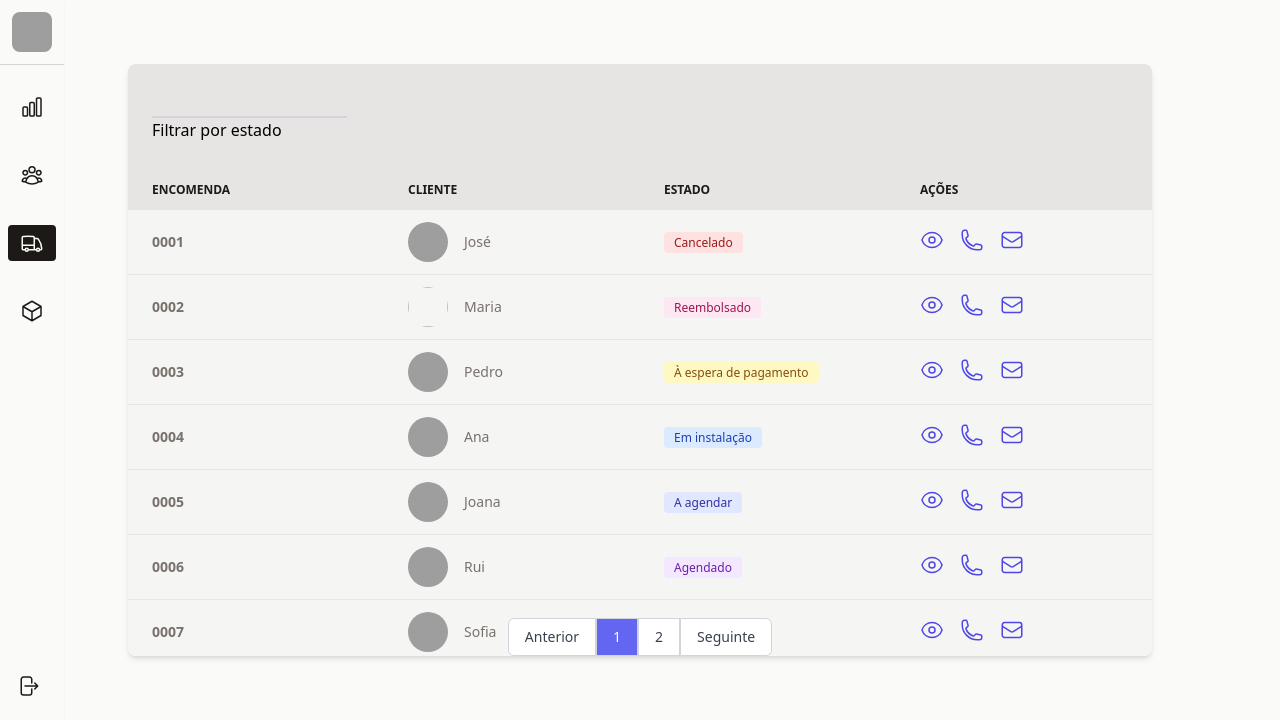
Repository: XavierOtavio/Cuzinhas
Page: /dashboard/orders
An editor plug-in stored every save of this project. The page is shown before and after the next save, followed by the edit.
The browser window is 1280 px wide. The pictures show the whole page.
Pictures or frames that could not be fetched are drawn as grey boxes. An inner scrolling area shows only its first screen. The project was rebuilt for these pictures with package versions that can differ from the ones it lists, and the page was loaded fresh each time. Also part of the build but not shown: src/components/Logotipo.js, src/components/Header.js, src/components/Dashboard.js, src/components/Login.js, src/components/Register.js, src/components/Home.js, src/components/LayoutFront.js.

Above is the page before, as saved 2023-03-08 16:35:04.

After the next save:
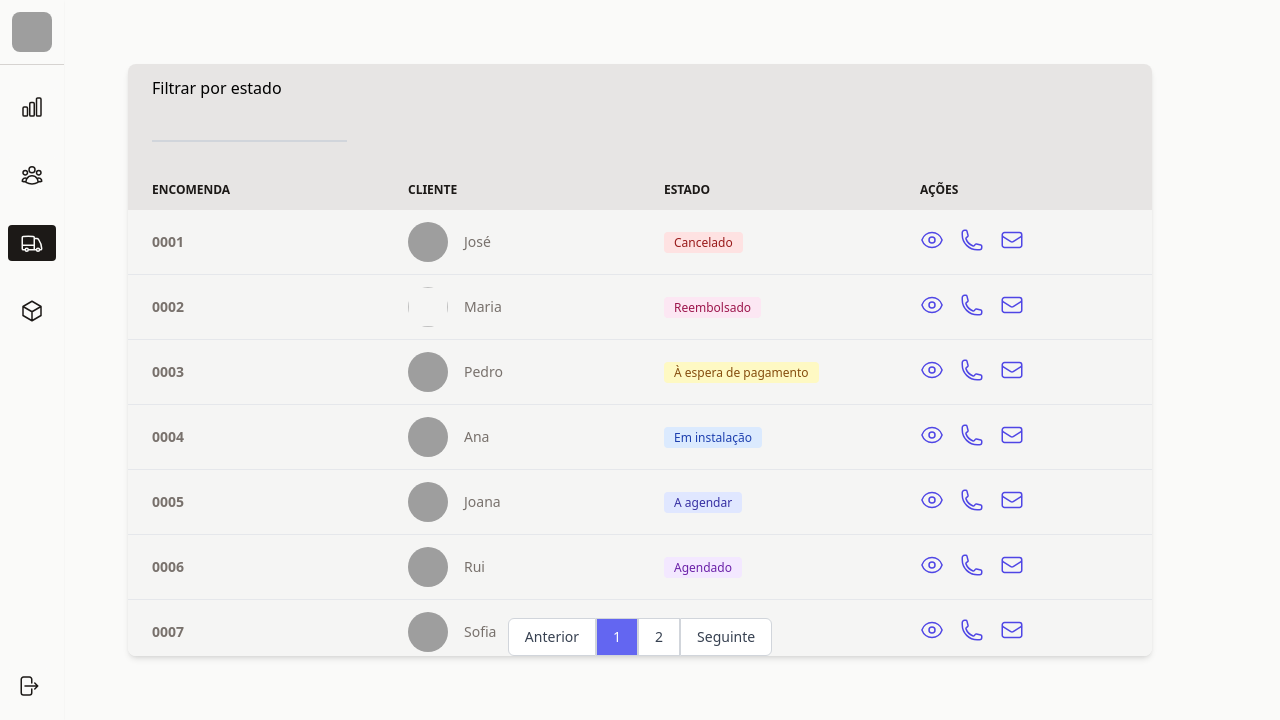
Saved 11 s later.
--- a/src/components/Orders.js
+++ b/src/components/Orders.js
@@ -190,6 +190,7 @@ export default function Orders() {
     <div className="absolute inset-x-32 inset-y-16 overflow-x-auto shadow-md sm:rounded-lg bg-stone-200">
       <div className="flex items-center justify-between pb-4">
         <div className="relative mx-6 my-3 flex-1">
+          <label htmlFor="statusCheck">Filtrar por estado</label>
           <select
             name="statusCheck"
             id="statusCheck"
@@ -206,7 +207,6 @@ export default function Orders() {
             <option value={"Assembling"}>Em instalação</option>
             <option value={"Done"}>Concluido</option>
           </select>
-          <label htmlFor="statusCheck">Filtrar por estado</label>
         </div>
         <div className="flex-[4]" />
       </div>
